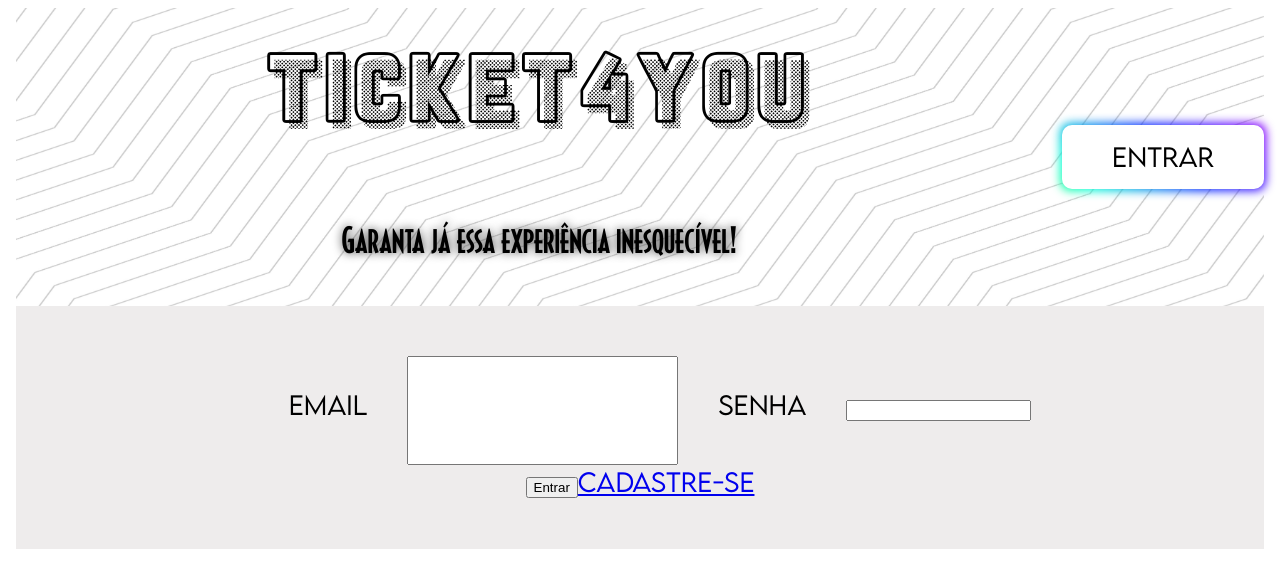
Repository: hellengurgaczz/projeto-DSA
Page: /login
The author's editor kept a copy of each file at every save. The page is drawn from the files as they stood at one save, then again after a run of saves.
The browser window is 1280 px wide. The pictures show the whole page.
The project was rebuilt for these pictures with package versions that can differ from the ones it lists, and the page was loaded fresh each time. Also part of the build but not shown: angular.json, src/app/ingressos/templates/cadastrar/cadastrar.component.ts, src/app/models/ingresso.model.ts, src/app/services/ingresso.service.ts, src/app/compra/comprar-ingresso/comprar-ingresso.component.ts, src/app/models/compra.model.ts, src/app/services/compra.service.ts, src/app/ingressos/templates/deletar/deletar.component.ts and 3 more.

Above is the page before, as saved 2022-05-10 12:31:05.

### src/index.html
<!doctype html>
<html lang="en">
<head>
  <meta charset="utf-8">
  <title>ProjetoDSA</title>
  <base href="/">
  <meta name="viewport" content="width=device-width, initial-scale=1">
  <link rel="icon" type="image/x-icon" href="favicon.ico">
</head>
<body>
  <app-root></app-root>
</body>
</html>

### src/app/app.module.ts
import { NgModule } from '@angular/core';
import { BrowserModule } from '@angular/platform-browser';
import { HttpClientModule } from '@angular/common/http';

import { AppRoutingModule } from './app-routing.module';
import { BrowserAnimationsModule } from '@angular/platform-browser/animations';
import { AppComponent } from './app.component';
import { HeaderComponent } from './ingressos/templates/header/header.component';
import { CadastrarComponent } from './ingressos/templates/cadastrar/cadastrar.component';
import { ListarComponent } from './ingressos/templates/listar/listar.component';
import { DeletarComponent } from './ingressos/templates/deletar/deletar.component';
import { EditarComponent } from './ingressos/templates/editar/editar.component';

// imports angular material

import { FormsModule } from '@angular/forms';
import { ComprarIngressoComponent } from './compra/comprar-ingresso/comprar-ingresso.component';
import { LoginComponent } from './login/login.component';
import { LoginCadastroComponent } from './login/login-cadastro/login-cadastro.component';


@NgModule({
  imports: [
    BrowserModule,
    AppRoutingModule,
    HttpClientModule,
    BrowserAnimationsModule,
    FormsModule
  ],
  declarations: [
    AppComponent,
    HeaderComponent,
    CadastrarComponent,
    ListarComponent,
    DeletarComponent,
    EditarComponent,
    ComprarIngressoComponent,
    LoginComponent,
    LoginCadastroComponent
  ],
  providers: [],
  bootstrap: [AppComponent]
})
export class AppModule { }

### src/app/app-routing.module.ts
import { NgModule } from '@angular/core';
import { RouterModule, Routes } from '@angular/router';
import { CadastrarComponent } from './ingressos/templates/cadastrar/cadastrar.component';
import { ComprarIngressoComponent } from './compra/comprar-ingresso/comprar-ingresso.component';
import { DeletarComponent } from './ingressos/templates/deletar/deletar.component';
import { EditarComponent } from './ingressos/templates/editar/editar.component';
import { ListarComponent } from './ingressos/templates/listar/listar.component';
import { LoginComponent } from './login/login.component';
import { LoginCadastroComponent } from './login/login-cadastro/login-cadastro.component';

const routes: Routes = [
  {path: "", component: ListarComponent},
  {path: "cadastrar", component: CadastrarComponent},
  {path: "listar", component: ListarComponent},
  {path: "editar/:id", component: EditarComponent},
  {path: "deletar/:id", component: DeletarComponent},
  {path: "comprar/:id", component: ComprarIngressoComponent},
  {path: "login", component: LoginComponent},
  {path: "login/cadastro", component: LoginCadastroComponent}
];

@NgModule({
  imports: [RouterModule.forRoot(routes)],
  exports: [RouterModule]
})

export class AppRoutingModule { }

### src/app/app.component.ts
import { Component } from '@angular/core';

@Component({
  selector: 'app-root',
  templateUrl: './app.component.html',
  styleUrls: ['./app.component.css']
})
export class AppComponent {
  title = 'projeto-DSA';
}

### src/app/login/login.component.ts
import { Component, OnInit } from '@angular/core';
import { ActivatedRoute, Router } from '@angular/router';
import { Login } from '../models/login.model';
import { LoginService } from '../services/login.service';

@Component({
  selector: 'app-login',
  templateUrl: './login.component.html',
  styleUrls: ['./login.component.css']
})
export class LoginComponent implements OnInit {

  login: Login = new Login();

  constructor(private service: LoginService, private router: Router, private route: ActivatedRoute) { }

  ngOnInit(): void {

  }

  verificarLogin() {
    this.service.buscarLogin(this.login).subscribe(() => {
      this.router.navigate(['/listar']);
    });
  }

}

### src/app/app.component.html
<body>
  <app-header></app-header>

  <main>

    <router-outlet></router-outlet>

  </main>
</body>

### src/app/app.component.css
body {
    background-color: rgba(146, 132, 132, 0.151);
}

### src/app/ingressos/templates/header/header.component.html

<div class="header">
    <div class="titulo">
        <h1 style="font-weight: lighter;">
            TICKET4YOU
        </h1>
        <h4 class="desc">
            Garanta já essa experiência inesquecível!
        </h4>
    </div>
    <div class="login">
        <a routerLink="./login">Entrar</a>
    </div>
</div>

### src/app/ingressos/templates/header/header.component.css
div.header {
    display: flex;
    flex-direction: row;
    background-image: url(../fonts/SL_042620_30310_10.jpg);
    background-size: cover;
}

.titulo {
    display: flex;
    width: 95%;
    align-items: center;
    justify-content: center;
    flex-direction: column;
    font-size: 25px;
    font-family:AMP;
}

.desc{
  font-family: DecoturaICG;
  text-shadow: 0 0 10px #424242;
  font-size: 35px;
  font-weight: lighter
}

.login {
    display: flex;
    justify-content: end;
    align-items: center;
}

a{
  padding: 0.6em 2em;
  border: none;
  text-decoration: none;
  font-family: LEMONMILK-Light;
  font-size: 25px;
  outline: none;
  color: rgb(0, 0, 0);
  background: rgb(255, 255, 255);
  cursor: pointer;
  position: relative;
  z-index: 0;
  border-radius: 10px;
  user-select: none;
  -webkit-user-select: none;
  touch-action: manipulation;
}

a::before{
  content: "";
  background: linear-gradient(
    45deg,
    #ff0000,
    #ff7300,
    #fffb00,
    #48ff00,
    #00ffd5,
    #002bff,
    #7a00ff,
    #ff00c8,
    #ff0000
  );
  position: absolute;
  top: -2px;
  left: -2px;
  background-size: 400%;
  z-index: -1;
  filter: blur(5px);
  -webkit-filter: blur(5px);
  width: calc(100% + 4px);
  height: calc(100% + 4px);
  animation: glowing-button-85 20s linear infinite;
  transition: opacity 0.3s ease-in-out;
  border-radius: 10px;
}

a::after{
  z-index: -1;
  content: "";
  position: absolute;
  width: 100%;
  height: 100%;
  background: rgb(255, 255, 255);
  left: 0;
  top: 0;
  border-radius: 10px;
}

@font-face{
  font-family: AMP;
  src:url(../fonts/AMP.ttf)
}

@font-face{
  font-family: LEMONMILK-Light;
  src: url(../fonts/LEMONMILK-Light.otf);
}

@font-face{
  font-family: DecoturaICG;
  src: url(../fonts/DecoturaICG.ttf);
}

@keyframes glowing-button-85 {
  0% {
    background-position: 0 0;
  }
  50% {
    background-position: 400% 0;
  }
  100% {
    background-position: 0 0;
  }
}

### src/app/login/login.component.html
<div class="all">
    <label class="email" for="email">Email</label>
    <input type="text"  name="email" class="emailinput" [(ngModel)]="login.email">

    <label class="senha" for="senha">Senha</label>
    <input type="password"  name="email" class="senhainuput" [(ngModel)]="login.senha">

    <div>
        <button (click)="verificarLogin()">Entrar</button>
        <a routerLink="login/cadastro">Cadastre-se</a>
    </div>
</div>

### src/app/login/login.component.css
.all{
  font-family: LEMONMILKLight;
  font-size: 25px;
  text-align: center;
  padding: 50px;
}

.email{
  margin: 40px;
}

.senha{
  margin: 40px;
}

.emailinput{
  padding: 45px;
}

@font-face{
  font-family: LEMONMILKLight;
  src: url(fonts/LEMONMILK-Light.otf);
}

### src/app/models/login.model.ts
export class Login {
    id: number = 0;
    email?: string;
    senha?: string;
}

### src/app/services/login.service.ts
import { HttpClient } from '@angular/common/http';
import { Injectable } from '@angular/core';
import { Observable } from 'rxjs';
import { Login } from '../models/login.model';

@Injectable({
  providedIn: 'root'
})
export class LoginService {

  constructor(private http: HttpClient) { }

  URL = "http://localhost:3001/logins";


    buscarLogin(login : Login) : Observable<Login>{
      return this.http.get<Login>(this.URL + "/" + login.id);
    }

    cadastrarIngresso(login : Login) : Observable<any> {
      return this.http.post(this.URL, login);
    }
}

Loaded but not shown: src/styles.css (common file); src/main.ts (common file); src/environments/environment.ts (common file); src/app/ingressos/templates/header/header.component.ts (common file)

After the next 2 saves:
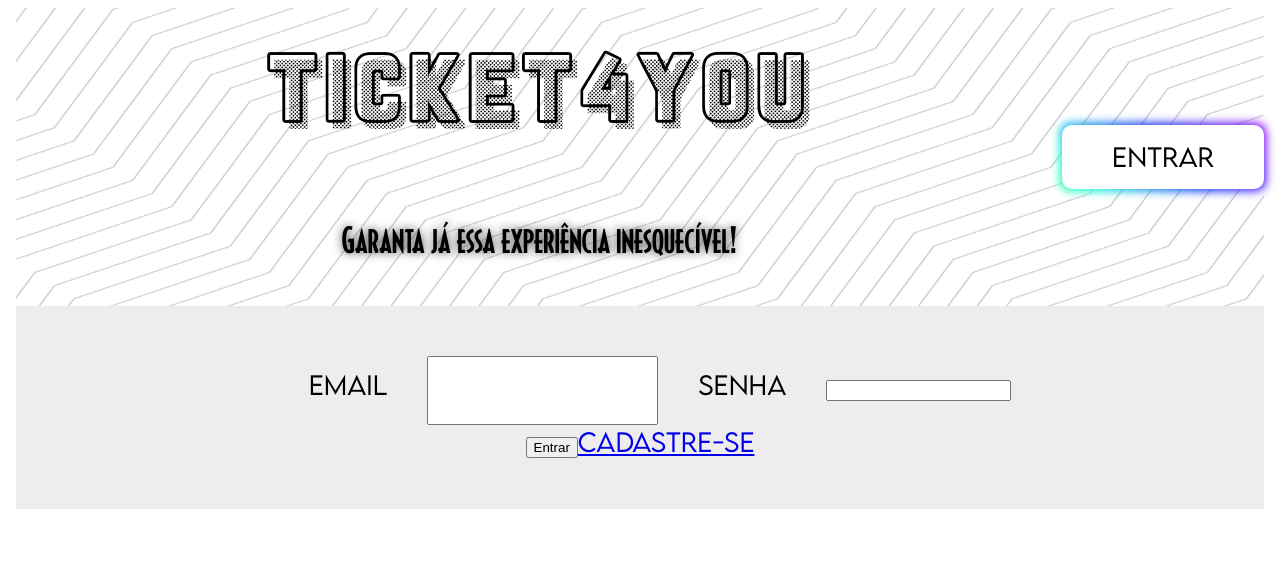
The 2 saves are shown as one change because they came seconds apart.
The last was saved 9 s later.
--- a/src/app/login/login.component.css
+++ b/src/app/login/login.component.css
@@ -14,7 +14,7 @@
 }
 
 .emailinput{
-  padding: 45px;
+  padding: 25px;
 }
 
 @font-face{
